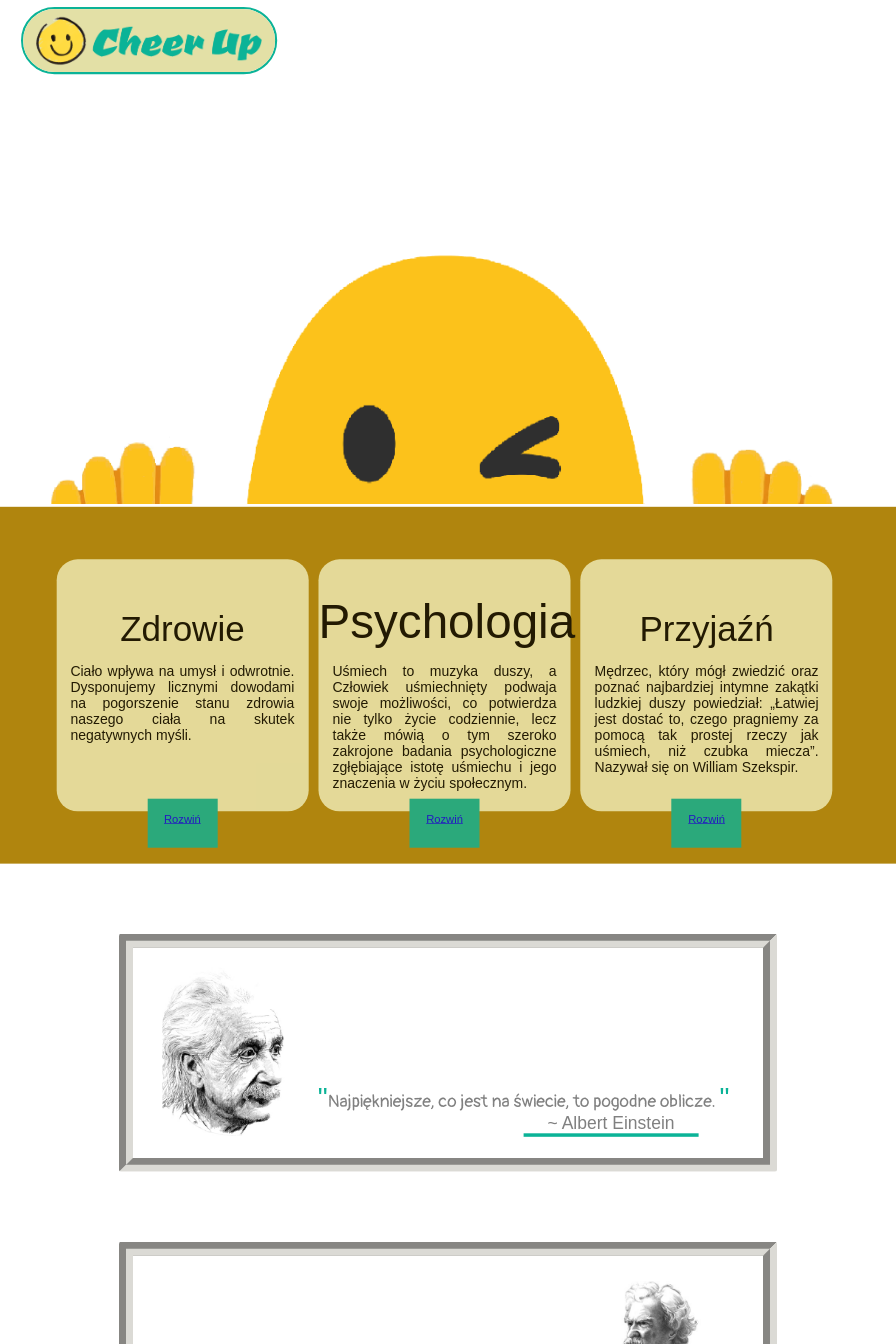
Repository: addstaw/moja-strona
Page: index.html
The author's editor kept a copy of each file at every save. The page is drawn from the files as they stood at one save, then again after the next save.
The browser window is 1280 px wide. The pictures show the part of the page from y = 0 to 1920 px (the page is 3784 px tall), at 70% of full size.
Some web fonts or font styles are not loaded; a fallback is used.

Above is the page before, as saved 2020-05-21 21:32:15.

After the next save:
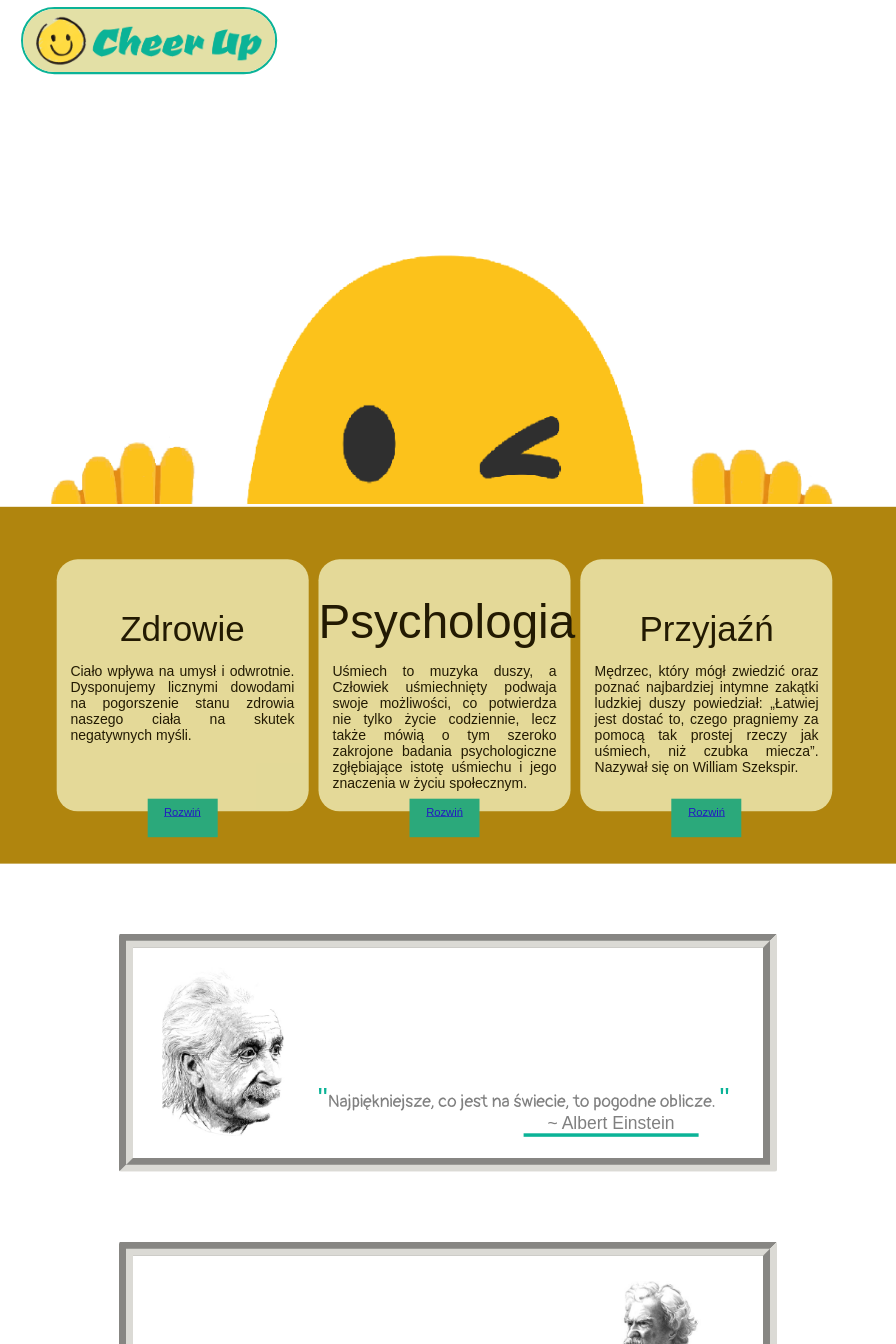
Saved 30 s later.
--- a/css/style8.css
+++ b/css/style8.css
@@ -72,11 +72,11 @@
         text-decoration: none;
         margin-top: 10px;
         width: 100px;
-        height: 50px;
+        height: 45px;
         background-color: #0bb397;
         margin-left: auto;
         margin-right: auto;
-        padding-top: 20px;
+        padding-top: 10px;
     }
 /* Quotes */
 #white{
